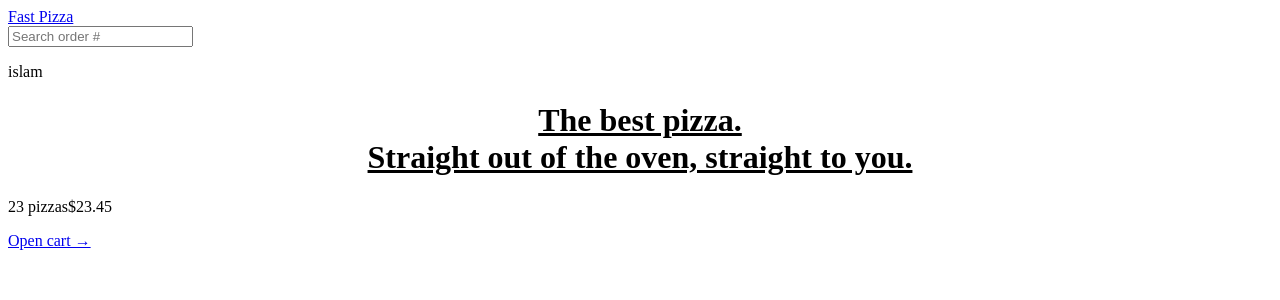
Repository: islamsaeedDev/ecommerce-cash-on-deliver-pizza-store
Page: /
The author's editor kept a copy of each file at every save. The page is drawn from the files as they stood at one save, then again after the next save.
The browser window is 1280 px wide. The pictures show the whole page.
The project was rebuilt for these pictures with package versions that can differ from the ones it lists, and the page was loaded fresh each time. Also part of the build but not shown: vite.config.js, src/ui/Error.jsx, src/services/apiRestaurant.js, src/utils/helpers.js, src/features/menu/MenuItem.jsx, src/features/menu/Menu.jsx, src/features/cart/Cart.jsx, src/features/order/Order.jsx and 1 more. Imported but missing from the stored project, and not drawn on this page: src/features/order/CreateOrder.

Above is the page before, as saved 2025-10-22 04:14:01.

After the next save:
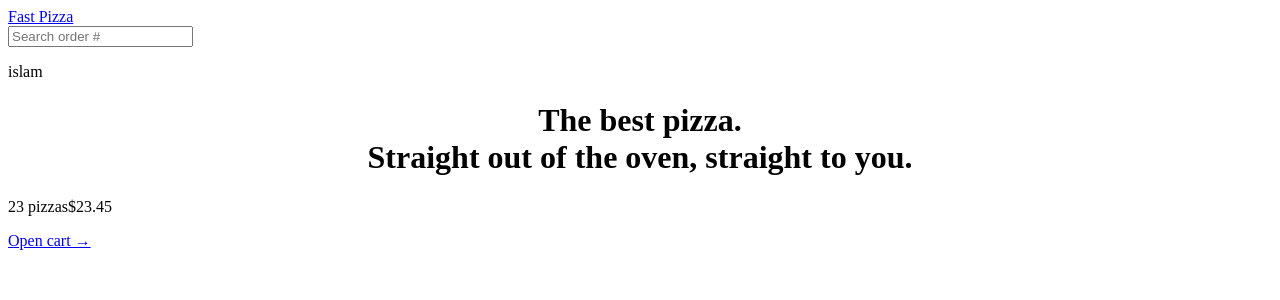
Saved 5 min 12 s later.
--- a/src/ui/Home.jsx
+++ b/src/ui/Home.jsx
@@ -3,7 +3,7 @@ import SearchOrder from '../features/order/SearchOrder';
 function Home() {
   return (
     <div>
-      <h1 className="text-center text-3xl font-semibold underline">
+      <h1 className="text-center text-3xl font-semibold">
         The best pizza.
         <br />
         <span className="text-fuchsia-500">
